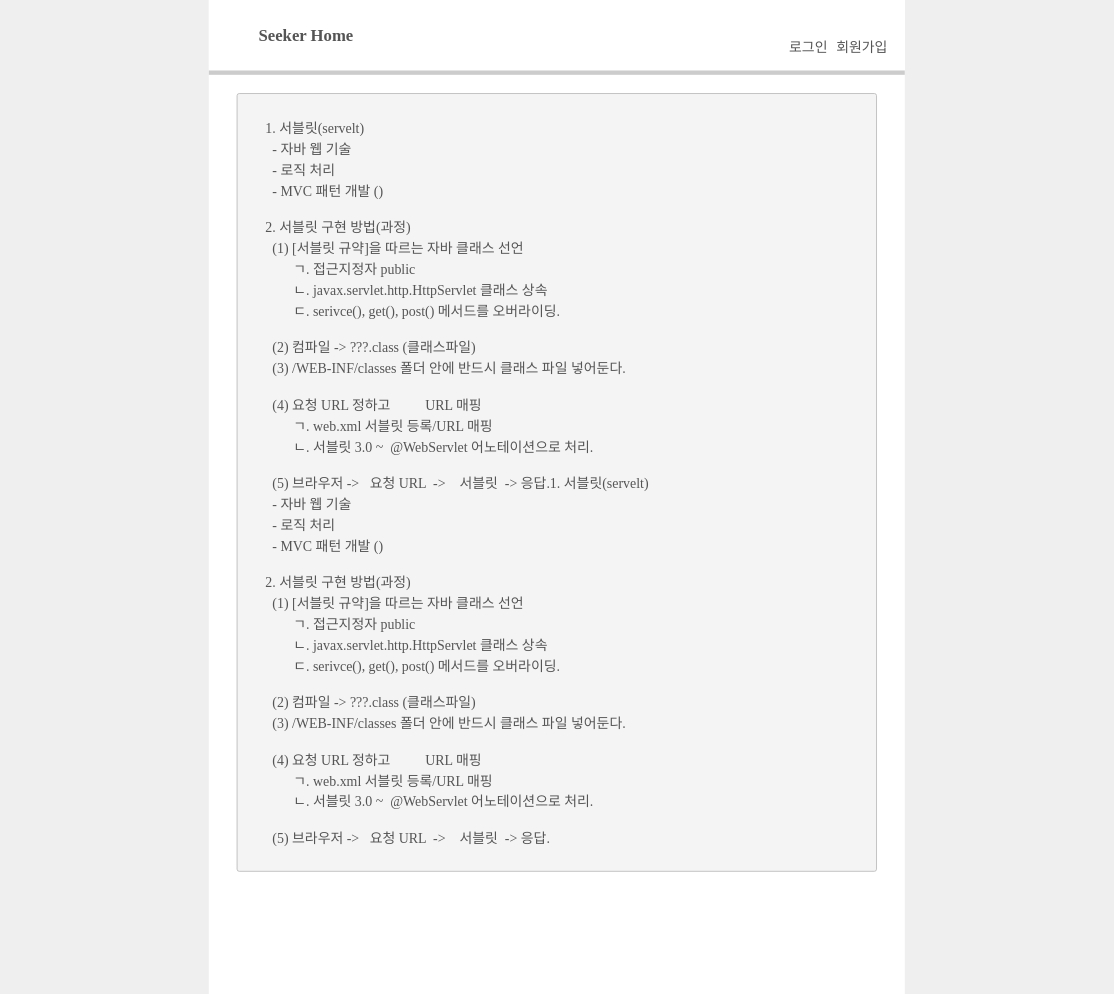
Repository: Seeker2250/JspTest
Page: http://localhost/jspPro/days02/ex03.jsp
The author's editor kept a copy of each file at every save. The page is drawn from the files as they stood at one save, then again after the next save.
The browser window is 1280 px wide. The pictures show the whole page, at 87% of full size.
Some web fonts or font styles are not loaded; a fallback is used. The page is served by Tomcat 9. Other server files are loaded and not shown.

Above is the page before, as saved 2024-10-16 06:25:15.

### jspPro/src/main/webapp/days02/ex03.jsp
<%@ page language="java" contentType="text/html; charset=UTF-8"
    pageEncoding="UTF-8"%>
<!DOCTYPE html>
<html>
<head>
<meta charset="UTF-8">
<title>Insert title here</title>
<link rel="shortcut icon" type="image/x-icon" href="http://localhost/jspPro/images/SiSt.ico">
<script src="https://ajax.googleapis.com/ajax/libs/jquery/3.7.1/jquery.min.js"></script>
<meta name="viewport" content="width=device-width, initial-scale=1.0">
<link rel="stylesheet" href="http://localhost/jspPro/resources/cdn-main/example.css">
<script src="http://localhost/jspPro/resources/cdn-main/example.js"></script>
<style>
 span.material-symbols-outlined{
    vertical-align: text-bottom;
 }
</style>
</head>
<body>
<header>
  <h1 class="main"><a href="#" style="position: absolute;top:30px;">Seeker Home</a></h1>
  <ul>
    <li><a href="#">로그인</a></li>
    <li><a href="#">회원가입</a></li>
  </ul>
</header>
<div>
 <xmp class="code">
    1. 서블릿(servelt)
      - 자바 웹 기술
      - 로직 처리
      - MVC 패턴 개발 ()

    2. 서블릿 구현 방법(과정)
      (1) [서블릿 규약]을 따르는 자바 클래스 선언
            ㄱ. 접근지정자 public
            ㄴ. javax.servlet.http.HttpServlet 클래스 상속
            ㄷ. serivce(), get(), post() 메서드를 오버라이딩.

      (2) 컴파일 -> ???.class (클래스파일)
      (3) /WEB-INF/classes 폴더 안에 반드시 클래스 파일 넣어둔다.

      (4) 요청 URL 정하고          URL 매핑
            ㄱ. web.xml 서블릿 등록/URL 매핑
            ㄴ. 서블릿 3.0 ~  @WebServlet 어노테이션으로 처리.

      (5) 브라우저 ->   요청 URL  ->    서블릿  -> 응답.1. 서블릿(servelt)
      - 자바 웹 기술
      - 로직 처리
      - MVC 패턴 개발 ()

    2. 서블릿 구현 방법(과정)
      (1) [서블릿 규약]을 따르는 자바 클래스 선언
            ㄱ. 접근지정자 public
            ㄴ. javax.servlet.http.HttpServlet 클래스 상속
            ㄷ. serivce(), get(), post() 메서드를 오버라이딩.

      (2) 컴파일 -> ???.class (클래스파일)
      (3) /WEB-INF/classes 폴더 안에 반드시 클래스 파일 넣어둔다.

      (4) 요청 URL 정하고          URL 매핑
            ㄱ. web.xml 서블릿 등록/URL 매핑
            ㄴ. 서블릿 3.0 ~  @WebServlet 어노테이션으로 처리.

      (5) 브라우저 ->   요청 URL  ->    서블릿  -> 응답.
  </xmp>
</div>
</body>
</html>

### jspPro/src/main/webapp/resources/cdn-main/example.css
@charset "UTF-8";

@import url('https://fonts.googleapis.com/css2?family=Material+Symbols+Outlined:opsz,wght,FILL,GRAD@20..48,100..700,0..1,-50..200');

@font-face {
    font-family: 'GmarketSansMedium';
    src: url('https://cdn.jsdelivr.net/gh/projectnoonnu/noonfonts_2001@1.1/GmarketSansMedium.woff') format('woff');
    font-weight: normal;
    font-style: normal;
}

:root {
	--text-color: #555;
	--sub-text-color: #777;
	--back-color: #EFEFEF;
	--header-color: #444;
	--primary-color: #DEDEDE;
	--secondary-color: #EFEFEF;
	--default-width: 800px;
	--narrow-width: 500px;
	--wide-width: 1200px;
	--text-font: 'GmarketSansMedium';
	--icon-font: 'Material Symbols Outlined';
	--border-color: #CCC;
}

html, body {
	margin: 0;
	padding: 0;
}

html {
	background-color: var(--back-color);
	display: flex;
	justify-content: center;
	min-height: 100vh;
}

body, body.default {
	width: var(--default-width);
	background-color: white;
	padding-bottom: 120px;
}

body.wide {
	width: var(--wide-width);
}

body.narrow {
	width: var(--narrow-width);
}



body, p, div, span, a, input, select, option, textarea, button, table, th, td, label, fieldset, legend {
	font-family: var(--text-font);
	color: var(--text-color);
}

h1, h2, h3 {
	font-family: var(--text-font);
	color: var(--header-color);
	padding: 0 1rem;
	padding-top: .5rem;
}

div > h1, div > h2, div > h3 {
	padding: 0;
}

body > div, body > main > div {
	padding: 0.3rem 1rem;
}


h1 { font-size: 2rem; border-bottom: 1px solid var(--border-color); }
h1 small { font-size: 1.2rem; color: var(--sub-text-color); }
h2 { font-size: 1.5rem; border-bottom: 1px dashed var(--border-color); }
h2 small { font-size: 1.1rem; color: --sub-text-color; }
h3 { font-size: 1.2rem; }
h3 small { font-size: 1rem; color: --sub-text-color; }



h1.main::before {
	font-family: var(--icon-font);
  	content: '\e666';
  	margin-right: 10px;
  	float: left;
	font-size: 2.5rem;
}

h1.sub::before {
	font-family: var(--icon-font);
  	content: '\ea19';
  	margin-right: 10px;
  	float: left;
	font-size: 2.5rem;
}


h1.page::before {
	font-family: var(--icon-font);
  	content: '\e0e0';
  	margin-right: 10px;
  	float: left;
	font-size: 2.5rem;
}

body > header > ul > li > .active{
	background-color: #FFF;
	color:#F00;
}

body > header {
	display: flex;
	justify-content: space-between;
	border-bottom: 5px solid var(--border-color);
	min-height: 74px;
	background-color: #FFF;
}

body > header.sticky {
	position: sticky;
	top: 0;
	z-index: 98;
}

body > header > h1 {
	font-size: 1.2rem;
	border: 0;
}

body > header.in > h1::before {
	font-family: var(--icon-font);
  	content: '\e332‥';
  	margin-right: 3px;
  	float: left;
	font-size: 2rem;
}


body > header > ul {
	list-style-type: none;
	display: flex;
	align-items: flex-end;
	margin-right: 10px;
}

body > header > ul > li {
	margin-right: 10px;
	cursor: pointer;
}

body > header > ul > li > a {
	cursor: pointer;
}


form {
	display: block;
}

form > div {
	padding: 0.3rem 1rem;
}

div > form > div {
	padding: 0.3rem 0;
}

input, textarea, button, select {
	border: 1px solid #BBB;
	border-radius: 3px;
	outline: none;
	resize: none;
	padding: 7px;
	margin: 0;
}

input[type=text]:read-only, textarea:read-only {
	cursor: not-allowed;
	background-color: #FFF;
}

input[type=text]:disabled, textarea:disabled {
	cursor: not-allowed;
	background-color: #EEE;
}

input[type=text], input[type=password], textarea, button, select {
	/* width: 300px; */
}

textarea {
	display: block;
	height: 100px;
}

input[type=button], input[type=submit], button {
	/* width: inherit; */
}

input.short, textarea.short, button.short, select.short {
	width: 100px;
}

input.long, textarea.long, button.long, select.long {
	width: 350px;
}

.narrow input.long, .narrow textarea.long, .narrow button.long, .narrow select.long {
	width: calc(100% - 20px);
}

input.full, textarea.full, button.full, select.full {
	width: calc(100% - 20px);
}

textarea.short {
	height: 50px;
}

textarea.long {
	height: 100px;
}

textarea.full {
	height: 200px;
}

input, textarea {
	padding-top: 8px;
}

input[type=button], input[type=submit], button {
	padding: 5px 10px;
	background-color: var(--secondary-color);
	cursor: pointer;
	min-height: 36px;
}

input[type=button].primary, input[type=submit].primary, button.primary {
	/* background-color: rgba(100, 149, 237, .2); */
	background-color: var(--primary-color);
}

input[type=button].primary:hover, input[type=submit].primary:hover, button.primary:hover {
	/* background-color: rgba(100, 149, 237, .3); */
	background-color: var(--secondary-color);
}

input[type=button]:hover, input[type=submit]:hover, button:hover {
	background-color: var(--primary-color);
}

button {
	position: relative;
	left: 0;
	top: 0;
	padding-left: 35px;
}

button .material-symbols-outlined {
	position: absolute;
	left: 10px;
	top: 4px;
}

/* k2nik add */
button.login::before {
	font-family: var(--icon-font);
  	content: '\ea77';
	position: absolute;
	left: 11px;
	top: 4px;
	font-size: 1.25rem;
}

/* k2nik logout */
button.logout::before {
	font-family: var(--icon-font);
  	content: '\e9ba';
	position: absolute;
	left: 11px;
	top: 4px;
	font-size: 1.25rem;
}

/* k2nik help */
button.help::before {
	font-family: var(--icon-font);
  	content: '\f1c0';
	position: absolute;
	left: 11px;
	top: 4px;
	font-size: 1.25rem;
}

button.add::before{
	font-family: var(--icon-font);
  	content: '\e746';
	position: absolute;
	left: 11px;
	top: 4px;
	font-size: 1.25rem;
}

button.back::before {
	font-family: var(--icon-font);
  	content: '\e166';
	position: absolute;
	left: 11px;
	top: 4px;
	font-size: 1.25rem;
}

button.list::before {
	font-family: var(--icon-font);
  	content: '\e0ee';
	position: absolute;
	left: 11px;
	top: 4px;
	font-size: 1.25rem;
}


button.del::before {
	font-family: var(--icon-font);
  	content: '\e872';
	position: absolute;
	left: 11px;
	top: 4px;
	font-size: 1.25rem;
}


button.edit::before {
	font-family: var(--icon-font);
  	content: '\e745';
	position: absolute;
	left: 11px;
	top: 4px;
	font-size: 1.25rem;
}


button.login::before {
	font-family: var(--icon-font);
  	content: '\ea77';
	position: absolute;
	left: 11px;
	top: 4px;
	font-size: 1.25rem;
}


button.logout::before {
	font-family: var(--icon-font);
  	content: '\e9ba';
	position: absolute;
	left: 11px;
	top: 4px;
	font-size: 1.25rem;
}


button.in::before {
	font-family: var(--icon-font);
  	content: '\f71a';
	position: absolute;
	left: 11px;
	top: 4px;
	font-size: 1.25rem;
}


button.out::before {
	font-family: var(--icon-font);
  	content: '\f70e';
	position: absolute;
	left: 11px;
	top: 4px;
	font-size: 1.25rem;
}


button.reply::before {
	font-family: var(--icon-font);
  	content: '\e15e';
	position: absolute;
	left: 11px;
	top: 4px;
	font-size: 1.25rem;
}


button.comment::before {
	font-family: var(--icon-font);
  	content: '\e0b9';
	position: absolute;
	left: 11px;
	top: 4px;
	font-size: 1.25rem;
}


button.modal::before {
	font-family: var(--icon-font);
  	content: '\e89e';
	position: absolute;
	left: 11px;
	top: 4px;
	font-size: 1.25rem;
}


button.ok::before {
	font-family: var(--icon-font);
  	content: '\e86c';
	position: absolute;
	left: 11px;
	top: 4px;
	font-size: 1.25rem;
}


button.cancel::before {
	font-family: var(--icon-font);
  	content: '\e5c9';
	position: absolute;
	left: 11px;
	top: 4px;
	font-size: 1.25rem;
}

button.search::before {
	font-family: var(--icon-font);
  	content: '\e8b6';
	position: absolute;
	left: 11px;
	top: 4px;
	font-size: 1.25rem;
}

button.home::before {
	font-family: var(--icon-font);
  	content: '\e88a';
	position: absolute;
	left: 11px;
	top: 4px;
	font-size: 1.25rem;
}


button.sidebar::before {
	font-family: var(--icon-font);
  	content: '\f7e4';
	position: absolute;
	left: 11px;
	top: 4px;
	font-size: 1.25rem;
}


button.sidebar-right::before {
	font-family: var(--icon-font);
  	content: '\f7e5';
	position: absolute;
	left: 11px;
	top: 4px;
	font-size: 1.25rem;
}




button::before {
	font-family: var(--icon-font);
  	content: '\e323';
	position: absolute;
	left: 11px;
	top: 4px;
	font-size: 1.25rem;
}


table {
	border-collapse: collapse;
	margin: 1rem;
	box-sizing: border-box;
	width: calc(100% - 32px);
}

table.content {
	width: auto;
}

div > table {
	margin: 0;
}

table th, table td {
	border: 1px solid var(--border-color);
	padding: 7px;
	font-weight: normal;
}

table th {
	background-color: var(--back-color);
}

table.vertical th {
	width: 150px;
}

table.vertical td {
	width: calc(100% - 182px);
	padding-left: 10px;
}

table.content td, table.content th {
	width: auto;
}

body.narrow table.vertical th {
	width: 100px;
}

body.narrow table.vertical td {
	width: calc(100% - 182px);
}


table + table {
	margin-top: 30px;
}


p {
	padding: 0 1rem;
}

a {
	text-decoration: none;
}

a:hover {
	color: rgba(255, 99, 71, .7);
}

hr {
	border: 0;
	border-top: 1px solid var(--border-color);
	margin: 2rem 0;
}

.message {
	border: 1px solid var(--border-color);
	background-color: #EFEFEF;
	margin: 1rem;
	width: auto;
	padding-top: 10px;
	padding-bottom: 10px;
	font-size: 14px;
}

.message[title]::before {
	content: attr(title);
	display: block;
	border-bottom: 1px solid var(--border-color);
	padding-bottom: 5px;
	margin-bottom: 10px;
	margin-top: 7px;
}

.message.short {
	max-width: 250px;
}

.message.long {
	max-width: 500px;
}

.badge {
	float: right;
	font-size: .8rem;
	margin-top: 2px;
	margin-right: 2px;
	text-shadow: 0 0 7px gray;
}

.badge.left {
	float: none;
	margin-left: 2px;
}

.badge.right {
	float: right;
}

.badge.red {
	border-radius: 50%;
	padding: 2px 5px;
	background-color: rgb(255, 99, 71, .3);
}

.badge.yellow {

	border-radius: 50%;
	padding: 2px 5px;
	background-color: rgb(255, 215, 0, .5);
}

.badge.blue {
	border-radius: 50%;
	padding: 2px 5px;
	background-color: rgb(100, 149, 237, .3);
}

label + label {
	margin-left: 7px;
}

label input[type=checkbox], label input[type=radio] {
	transform: translate(0, 1px);
}

.group {
	display: flex;
}

.modal-content .group {
	margin-bottom: .5rem;
}

.group label {
	border: 1px solid #BBB;
	border-radius: 3px;
	outline: none;
	resize: none;
	padding: 7px 14px;
	margin: 0;
	border-top-right-radius: 0;
	border-bottom-right-radius: 0;
	background-color: #EFEFEF;
	white-space: nowrap;
	font-size: 14px;
}

.group input[type=text] {
	margin-left: -1px;
	border-top-left-radius: 0;
	border-bottom-left-radius: 0;
}

.group select {
	margin-left: -1px;
	border-top-left-radius: 0;
	border-bottom-left-radius: 0;
}

.group input.full[type=text] {
	margin-left: -1px;
	border-top-left-radius: 0;
	border-bottom-left-radius: 0;
	width: 100%;
}

.group input[type=button]:first-child, .group button:first-child {
	border-top-left-radius: 3px;
	border-bottom-left-radius: 3px;
	margin-left: 0px;
}

.group input[type=button], .group button {
	border-radius: 0;
	margin-left: -1px;
}

.group input[type=button]:last-child, .group button:last-child {
	margin-left: -1px;
	border-top-right-radius: 3px;
	border-bottom-right-radius: 3px;
}

.seperate {
	display: flex;
	justify-content: space-between;
}

div.list {
	width: max-content;
	margin: 1rem;
	border: 1px solid #BBB;
	border-radius: 3px;
	padding: 0;
}

div.list.full {
	width: auto;
	display: block;
	margin: 1rem;
	border: 1px solid #BBB;
	border-radius: 3px;
	padding: 0;
}

div.list > div {
	padding: .5rem 1rem;
	margin: 0;
	border-bottom: 1px solid #BBB;
}

div.list > div:last-child {
	border-bottom: 0;
}

pre.code , xmp.code{
	font-family: consols;
	background-color: rgba(150, 150, 150, .1);
	border: 1px solid #BBB;
	border-radius: 3px;
	padding: .5rem 1rem;
	padding-bottom: .6rem;
	margin: 1rem;
}




*[data-modal-window] {
	position: fixed;
	background-color: rgba(0, 0, 0, .3);
	left: 0;
	top: 0;
	display: none;
	justify-content: center;
	align-items: flex-start;
	width: 100%;
	min-height: 100vh;
	z-index: 100;
	opacity: 0;
	transition: 500ms all;
}

*[data-modal-window] .modal-container {
	border-radius: 5px;
	padding: 1rem;
	padding-bottom: .5rem;
	margin-top: -500px;
	opacity: 0;
	width: 500px;
	background-color: #FFF;
	margin-right: 2rem;
	transition: 500ms all;
}

*[data-modal-size=content] .modal-container {
	width: auto;
}

*[data-modal-size=narrow] .modal-container {
	width: 300px;
}

*[data-modal-size=wide] .modal-container {
	width: 760px;
}


*[data-modal-window] .modal-header {
	border-bottom: 1px solid var(--border-color);
	padding: 2px 5px;
}

*[data-modal-window] .modal-content {
	padding: 1rem 5px;
}

*[data-modal-window] .modal-content div:last-child {
	margin-top: 1rem;
	text-align: right;
}



*[data-sidebar-window] {
	position: fixed;
	background-color: #FFF;
	left: 0;
	top: 0;
	display: block;
	width: 300px;
	border-right: 1px solid var(--border-color);
	box-sizing: border-box;
	box-shadow: 0 0 3px var(--back-color);
	min-height: 100vh;
	z-index: 99;
	transform: translate(-300px, 0);
	transition-duration: 500ms;
	transition-property: transform;
}

*[data-sidebar-direction=right] {
	left: auto;
	right: 0;
	transform: translate(300px, 0);
	border-left: 1px solid var(--border-color);
}

*[data-sidebar-size=wide] {
	width: 500px;
	transform: translate(-500px, 0);
}

*[data-sidebar-window] .sidebar-title {
	border-bottom: 1px solid var(--border-color);
	margin-top: 20px;
	margin-bottom: 20px;
	padding-bottom: 5px;
	display: flex;
	justify-content: space-between;
}

*[data-sidebar-window] .sidebar-title span:last-child {
	cursor: pointer;
}


/* K2Nik pagination */
.center {
  text-align: center;
}

.pagination {
  display: inline-block;
}

.pagination a {
  color: black;
  float: left;
  padding: 3px 6px;
  text-decoration: none;
  transition: background-color .3s;
  border: 1px solid #ddd;
  margin: 0 3px;
}

.pagination a.active {
  background-color: #4CAF50;
  color: white;
  border: 1px solid #4CAF50;
}

.pagination a:hover:not(.active) {background-color: #ddd;}

### jspPro/src/main/webapp/resources/cdn-main/example.js

window.onload = () => {

    const list = document.querySelectorAll('input, textarea');

    list.forEach(item => {
        item.setAttribute('autocomplete', 'off');
    });


    const modal_btn_list = document.querySelectorAll('*[data-modal-button]');

    modal_btn_list.forEach(item => {
        item.onclick = function() {

            const name = this.dataset['modalButton'];
            const modal_window = document.querySelector('*[data-modal-window=' + name);

            const container = document.createElement('div');
            container.className = 'modal-container';



            const modal_header = document.createElement('div');
            modal_header.textContent = modal_window.dataset['modalTitle'];
            modal_header.className = 'modal-header';
            container.appendChild(modal_header);

            const modal_content = document.createElement('div');
            modal_content.className = 'modal-content';
            container.appendChild(modal_content);

            Array.from(modal_window.childNodes).forEach(item => {
                modal_content.appendChild(item);
            });

            modal_window.appendChild(container);

            modal_window.style.display = 'flex';

            setTimeout(() => {
                modal_window.style.opacity = 1;
                container.style.marginTop = '20px';
                container.style.opacity = 1;
            }, 50);


            const modal_ok = document.querySelector('*[data-modal-ok=' + name);
            modal_ok.addEventListener('click', function() {
                modal_window.style.opacity = 0;
                container.style.marginTop = '-500px';
                container.style.opacity = 0;

                setTimeout(() => {
                    modal_window.innerHTML = modal_content.innerHTML;
                    modal_window.style.display = 'none';
                }, 500);

            });

            const modal_cancel = document.querySelector('*[data-modal-cancel=' + name);
            modal_cancel.addEventListener('click', function() {

                modal_window.style.opacity = 0;
                container.style.marginTop = '-500px';
                container.style.opacity = 0;

                setTimeout(() => {
                    modal_window.innerHTML = modal_content.innerHTML;
                    modal_window.style.display = 'none';
                }, 500);
            });


        };
    });


    const sidebar_btn_list = document.querySelectorAll('*[data-sidebar-button]');

    sidebar_btn_list.forEach(item => {
        item.onclick = function() {



            const name = this.dataset['sidebarButton'];
            const sidebar_window = document.querySelector('*[data-sidebar-window=' + name);

            if (sidebar_window.style.transform == 'translate(0px, 0px)') return;



            sidebar_window.style.transform = 'translate(0, 0)';

            const sidebar_title = document.createElement('div');
            sidebar_title.className = 'sidebar-title';
            sidebar_title.innerHTML = '<span>' + sidebar_window.dataset['sidebarTitle'] + '</span><span class="material-symbols-outlined">close</span>';

            sidebar_title.children[1].onclick = function() {

                let sign = 1;
                let distance = 300;

                if (sidebar_window.dataset['sidebarDirection'] != 'right') {
                    sign = -1;
                } else {
                    sign = 1;
                }

                if (sidebar_window.dataset['sidebarSize'] != 'wide') {
                    distance = 300;
                } else {
                    distance = 500;
                }

                distance *= sign;

                sidebar_window.style.transform = 'translate(' + distance + 'px, 0)';

                setTimeout(function() {
                    sidebar_window.removeChild(sidebar_window.children[0]);
                }, 500);
            };


            sidebar_window.prepend(sidebar_title);

        }
    });

};

// window.onkeydown = function(event) {

//     if (event.keyCode == 27) {
//         if (document.querySelector('[data-modal-window').style.display == 'flex') {
//             document.querySelector('[data-modal-window').style.display = 'none';
//         }
//     }

// };

After the next save:
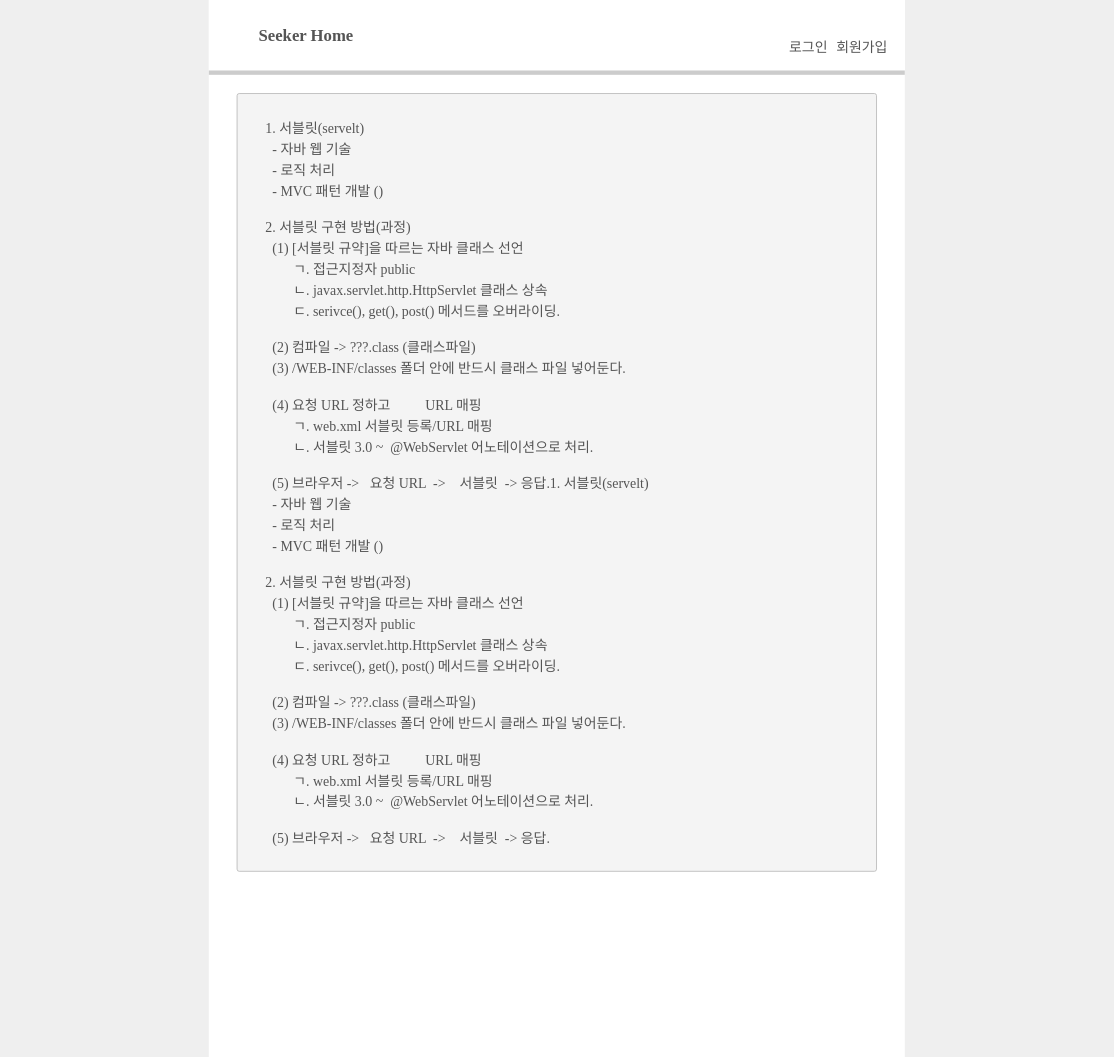
Saved 51 min 24 s later.
--- a/jspPro/src/main/webapp/days02/ex03.jsp
+++ b/jspPro/src/main/webapp/days02/ex03.jsp
@@ -64,6 +64,11 @@
 
       (5) 브라우저 ->   요청 URL  ->    서블릿  -> 응답.
   </xmp>
+
+  <a href=""></a><br>
+  <a href=""></a><br>
+  <a href=""></a><br>
+  <a href=""></a><br>
 </div>
 </body>
 </html>
